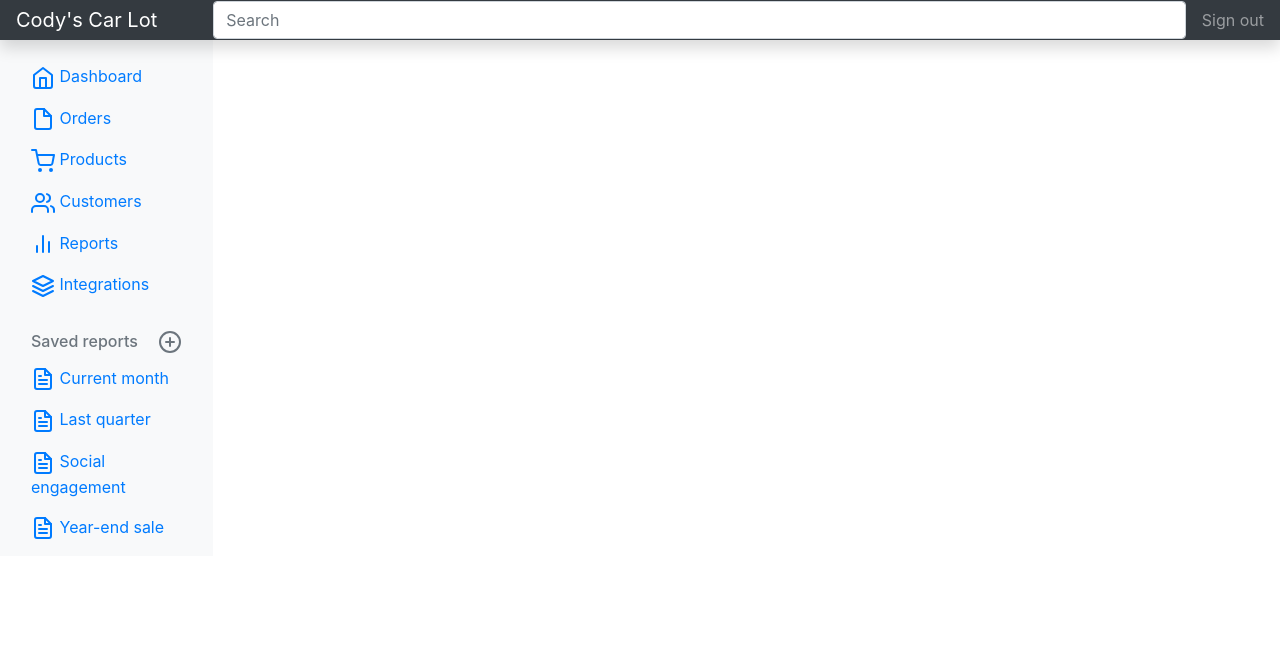
Repository: CodyHogge/CarDealershipProject
Page: http://localhost/CarDealershipProject/booted_auction.jsp
An editor plug-in stored every save of this project. The page is shown before and after the next save, followed by the edit.
The browser window is 1280 px wide. The pictures show the whole page.
The page is served by Tomcat 9.

Above is the page before, as saved 2020-09-16 14:44:58.

After the next save:
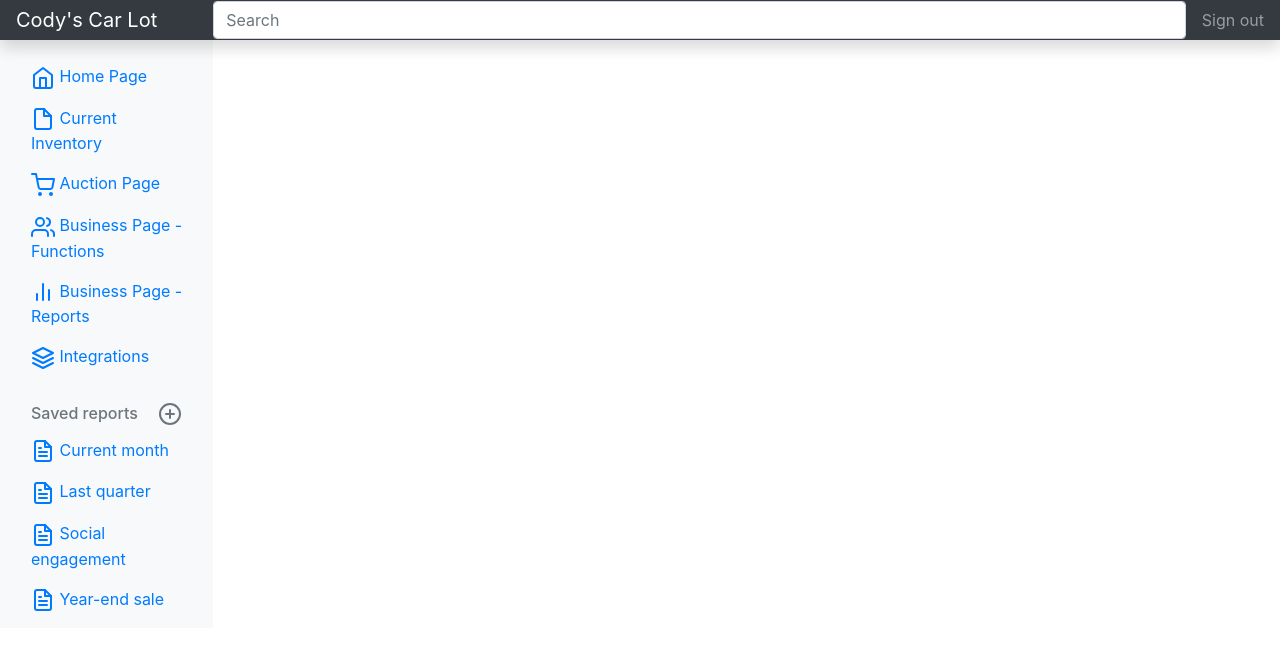
Saved 97 s later.
--- a/CarDealershipProject/WebContent/booted_auction.jsp
+++ b/CarDealershipProject/WebContent/booted_auction.jsp
@@ -29,31 +29,31 @@
           <li class="nav-item">
             <a class="nav-link active" href="#">
               <svg xmlns="http://www.w3.org/2000/svg" width="24" height="24" viewBox="0 0 24 24" fill="none" stroke="currentColor" stroke-width="2" stroke-linecap="round" stroke-linejoin="round" class="feather feather-home"><path d="M3 9l9-7 9 7v11a2 2 0 0 1-2 2H5a2 2 0 0 1-2-2z"></path><polyline points="9 22 9 12 15 12 15 22"></polyline></svg>
-              Dashboard <span class="sr-only">(current)</span>
+              Home Page <span class="sr-only">(current)</span>
             </a>
           </li>
           <li class="nav-item">
             <a class="nav-link" href="#">
               <svg xmlns="http://www.w3.org/2000/svg" width="24" height="24" viewBox="0 0 24 24" fill="none" stroke="currentColor" stroke-width="2" stroke-linecap="round" stroke-linejoin="round" class="feather feather-file"><path d="M13 2H6a2 2 0 0 0-2 2v16a2 2 0 0 0 2 2h12a2 2 0 0 0 2-2V9z"></path><polyline points="13 2 13 9 20 9"></polyline></svg>
-              Orders
+              Current Inventory
             </a>
           </li>
           <li class="nav-item">
             <a class="nav-link" href="#">
               <svg xmlns="http://www.w3.org/2000/svg" width="24" height="24" viewBox="0 0 24 24" fill="none" stroke="currentColor" stroke-width="2" stroke-linecap="round" stroke-linejoin="round" class="feather feather-shopping-cart"><circle cx="9" cy="21" r="1"></circle><circle cx="20" cy="21" r="1"></circle><path d="M1 1h4l2.68 13.39a2 2 0 0 0 2 1.61h9.72a2 2 0 0 0 2-1.61L23 6H6"></path></svg>
-              Products
+              Auction Page
             </a>
           </li>
           <li class="nav-item">
             <a class="nav-link" href="#">
               <svg xmlns="http://www.w3.org/2000/svg" width="24" height="24" viewBox="0 0 24 24" fill="none" stroke="currentColor" stroke-width="2" stroke-linecap="round" stroke-linejoin="round" class="feather feather-users"><path d="M17 21v-2a4 4 0 0 0-4-4H5a4 4 0 0 0-4 4v2"></path><circle cx="9" cy="7" r="4"></circle><path d="M23 21v-2a4 4 0 0 0-3-3.87"></path><path d="M16 3.13a4 4 0 0 1 0 7.75"></path></svg>
-              Customers
+              Business Page - Functions
             </a>
           </li>
           <li class="nav-item">
             <a class="nav-link" href="#">
               <svg xmlns="http://www.w3.org/2000/svg" width="24" height="24" viewBox="0 0 24 24" fill="none" stroke="currentColor" stroke-width="2" stroke-linecap="round" stroke-linejoin="round" class="feather feather-bar-chart-2"><line x1="18" y1="20" x2="18" y2="10"></line><line x1="12" y1="20" x2="12" y2="4"></line><line x1="6" y1="20" x2="6" y2="14"></line></svg>
-              Reports
+              Business Page - Reports
             </a>
           </li>
           <li class="nav-item">
